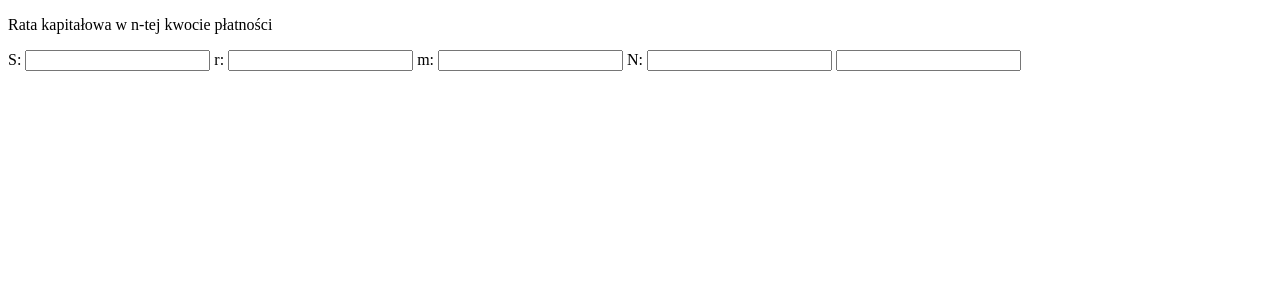
Repository: ravkita/MFCalc
Page: index.html
An editor plug-in stored every save of this project. The page is shown before and after the next save, followed by the edit.
The browser window is 1280 px wide. The pictures show the whole page.

Above is the page before, as saved 2021-04-12 16:36:40.

After the next save:
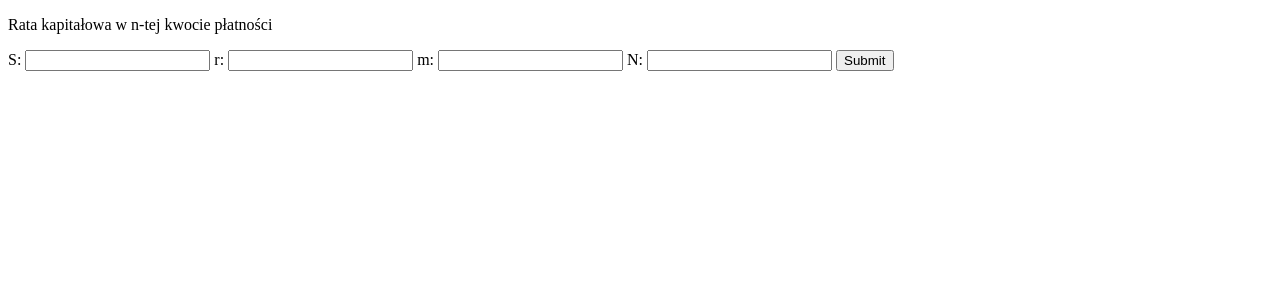
Saved 10 s later.
--- a/index.html
+++ b/index.html
@@ -13,7 +13,7 @@
         <label for="r">r:</label> <input type="number" name="r">
         <label for="m">m:</label> <input type="number" name="m">
         <label for="N">N:</label> <input type="number" name="N">
-        <input type="subbmit" name="confirm" id="confirm">
+        <input type="submit" name="confirm" id="confirm">
     </form>
 
     <script type="text/javascript">
